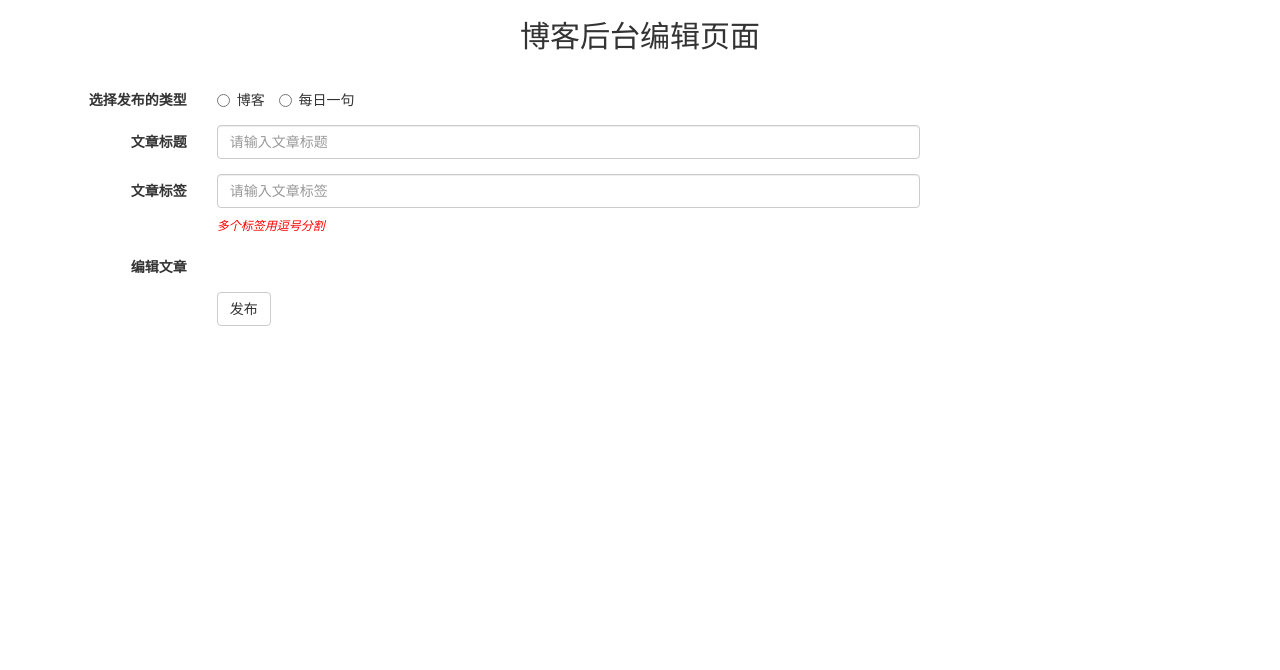
Repository: li1214/my_blog
Page: page/editor_blog_everyday.html
An editor plug-in stored every save of this project. The page is shown before and after the next save, followed by the edit.
The browser window is 1280 px wide. The pictures show the whole page.

Above is the page before, as saved 2019-01-07 09:27:19.

### page/editor_blog_everyday.html
<!DOCTYPE html>
<html lang="en">
<head>
    <meta charset="UTF-8">
    <meta name="viewport" content="width=device-width, initial-scale=1.0">
    <meta http-equiv="X-UA-Compatible" content="ie=edge">
    <title>博客编辑发布</title>
    <link rel='stylesheet'  href='./css/bootstrap-theme.min.css'>
    <script src="./js/wangEditor.min.js"></script>
    <script src='./js/vue.js'></script>
    <script src='./js/axios.min.js'></script>
</head>
<body>
    <div class='container' id='app'>
        <h2 style="text-align: center;">博客后台编辑页面</h2>
        <form class="form-horizontal" style='margin-top:30px;width: 850px;'>
            <div class="form-group">
                <label for="inputEmail3" class="col-sm-2 control-label">选择发布的类型</label>
                <div class="col-sm-10">
                    <label class="radio-inline">
                        <input type="radio" name="blog" id="inlineRadio1" value="blog"> 博客
                    </label>
                    <label class="radio-inline">
                        <input type="radio" name="eveyday" id="inlineRadio2" value="eveyday"> 每日一句
                    </label>
                </div>
            </div>
            <div class='editor-blog' v-if='type="blog"'>
                <div class="form-group">
                    <label for="inputEmail3" class="col-sm-2 control-label">文章标题</label>
                    <div class="col-sm-10">
                        <input type="text" class="form-control" id="title" placeholder="请输入文章标题">
                    </div>
                </div>
                <div class="form-group">
                    <label for="inputPassword3" class="col-sm-2 control-label">文章标签</label>
                    <div class="col-sm-10">
                        <input type="text" class="form-control" id="tags" placeholder="请输入文章标签">
                        <em style="color:red;font-size:12px;margin-top:10px;display: inline-block;"> 多个标签用逗号分割</em>
                    </div>
                </div>
                <div class="form-group">
                    <label for="blog" class="col-sm-2 control-label">编辑文章</label>
                    <div class="col-sm-10">
                        <div id="blog">

                        </div>
                    </div>
                </div>
            </div>
            <div class='editor-everyday' v-else>
                <div class="form-group">
                    <label for="blog" class="col-sm-2 control-label">编辑每日一句</label>
                    <div class="col-sm-10">
                        <div id="everyday">

                        </div>
                    </div>
                </div>
            </div>
            <div class="form-group">
                <div class="col-sm-offset-2 col-sm-10">
                    <button type="submit" class="btn btn-default">发布</button>
                </div>
            </div>
        </form>
    </div>
    <script>

    </script>
    <script src='./js/editor_blog_everyday.js'></script>
</body>
</html>

### page/js/editor_blog_everyday.js
new Vue({
  el: "#app",
  data() {
    return {
        type:''
    };
  },
  created() {
    this.createEditor();
  },
  computed: {
    createEditor() {
      return function() {
        var E = window.wangEditor;
        var editor = new E("#" + this.type);
        editor.create();
      };
    }
  }
});

Loaded but not shown: page/css/bootstrap-theme.min.css (library); page/js/wangEditor.min.js (library); page/js/vue.js (library); page/js/axios.min.js (library)

After the next save:
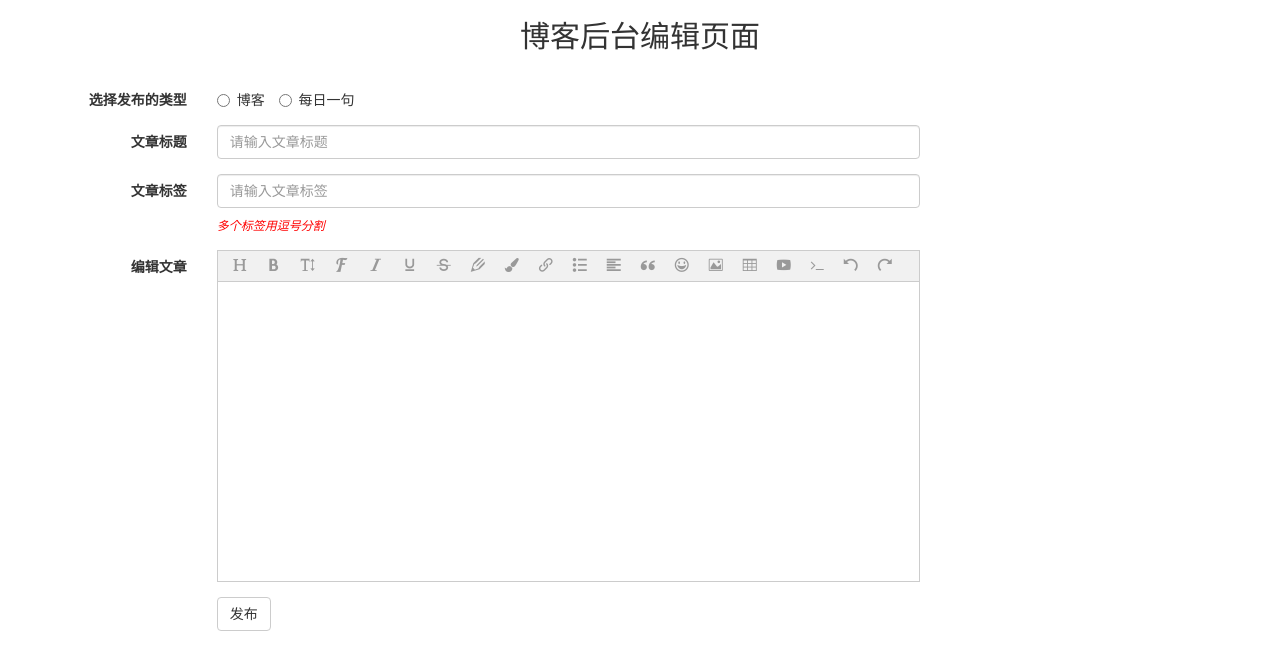
Saved 11 s later.
--- a/page/js/editor_blog_everyday.js
+++ b/page/js/editor_blog_everyday.js
@@ -2,7 +2,7 @@ new Vue({
   el: "#app",
   data() {
     return {
-        type:''
+        type:'blog'
     };
   },
   created() {
